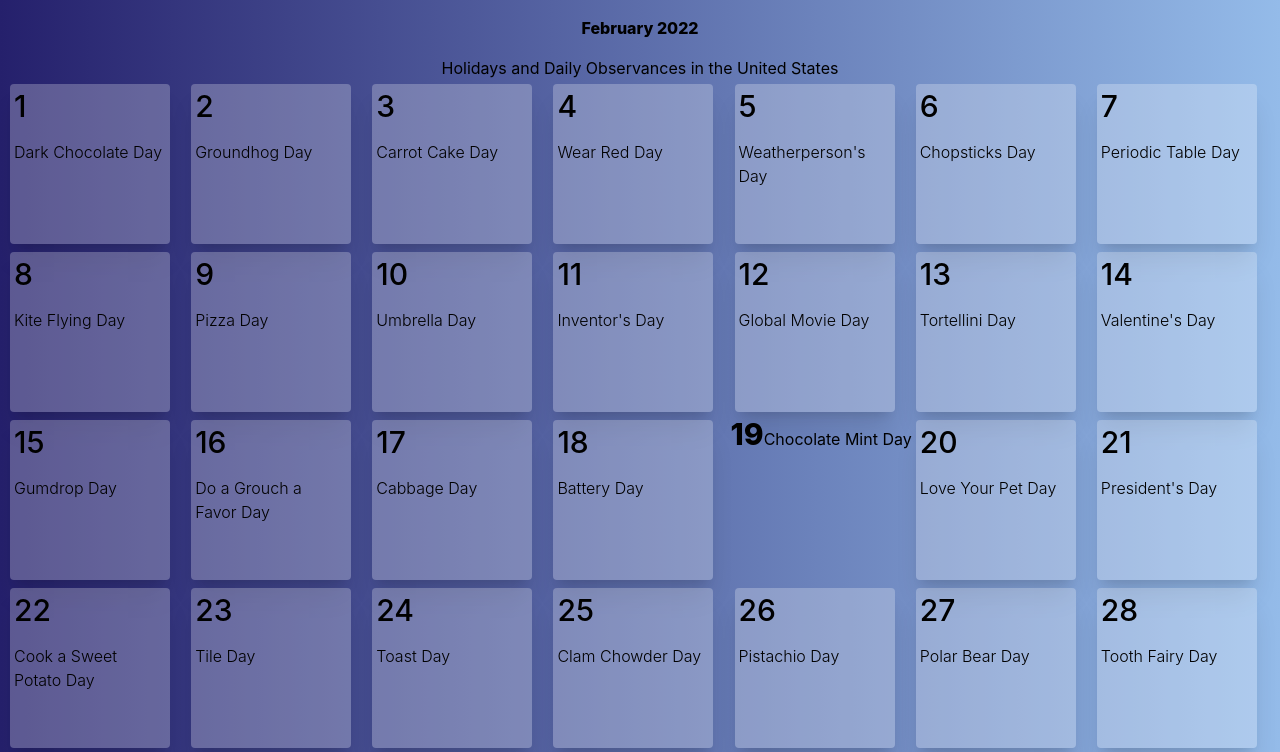
Repository: JohnMata0427/Examen-Bimestral-01-Frontend
Page: /
These files come from the project's save history. The page is drawn as it stood at one moment and after the next save; the edit follows.
The browser window is 1280 px wide. The pictures show the whole page.
The project was rebuilt for these pictures with package versions that can differ from the ones it lists, and the page was loaded fresh each time. Also part of the build but not shown: vite.config.js.

Above is the page before, as saved 2024-06-17 20:59:04.

After the next save:
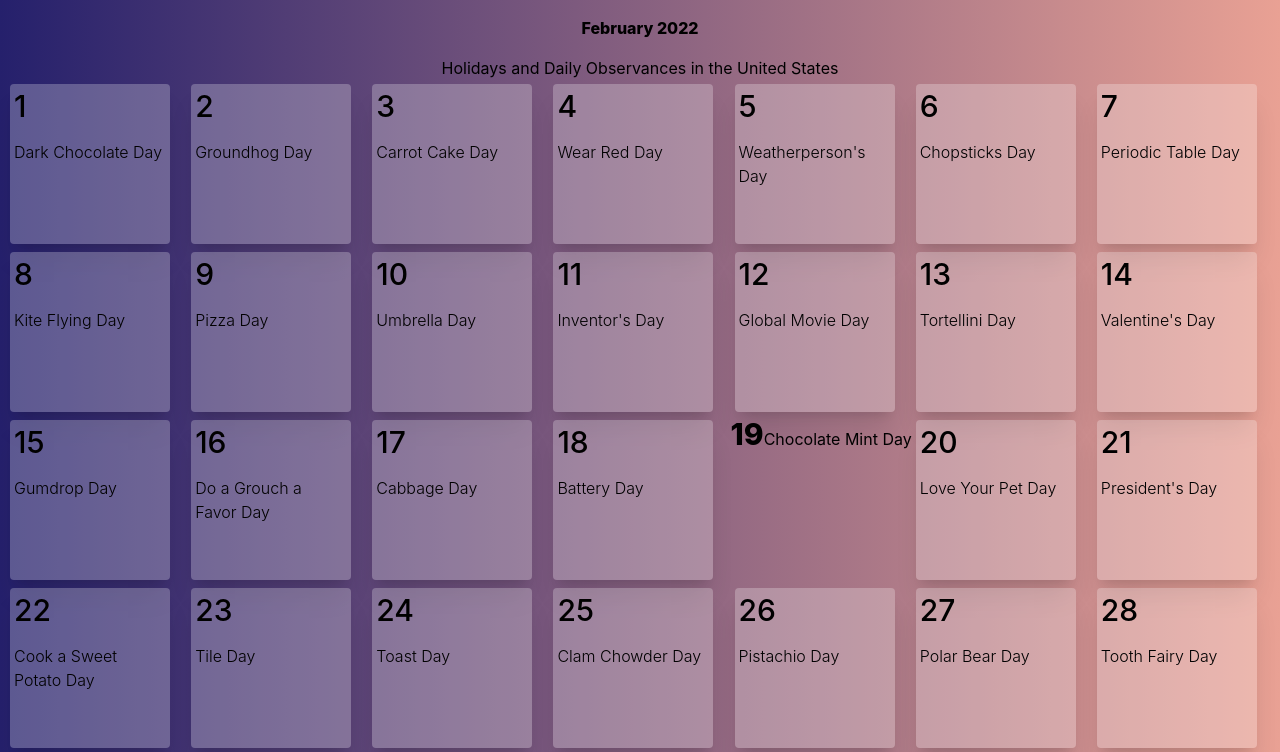
Saved 13 s later.
--- a/src/components/calendar.jsx
+++ b/src/components/calendar.jsx
@@ -1,6 +1,6 @@
 export default function Calendar(){
     return (
-        <div className="flex flex-col items-center bg-gradient-to-r from-[#25206c] to-[#94bbe9]">
+        <div className="flex flex-col items-center bg-gradient-to-r from-[#25206c] to-[#e9a194]">
             <h1 className="font-extrabold my-4">February 2022</h1>
             <p>Holidays and Daily Observances in the United States</p>
             <ul className="grid grid-cols-7 flex-wrap list-none">
